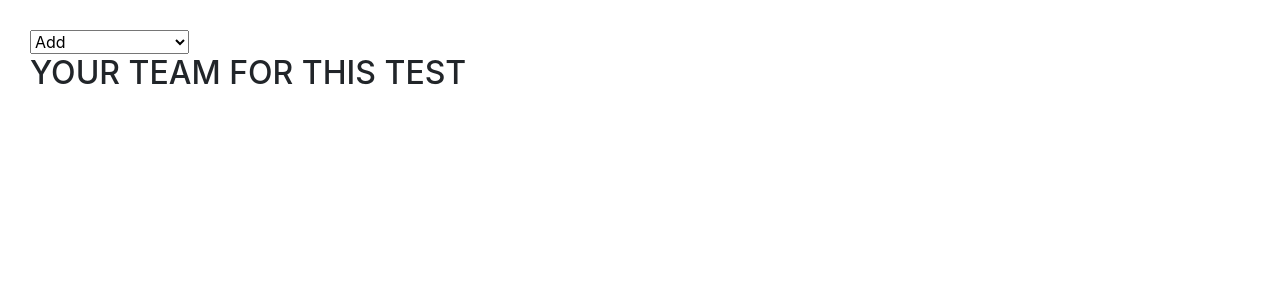
Repository: ftc92/team
Page: /
These files come from the project's save history. The page is drawn as it stood at one moment and after the next save; the edit follows.
The browser window is 1280 px wide. The pictures show the whole page.
Some web fonts or font styles are not loaded; a fallback is used. The project was rebuilt for these pictures with package versions that can differ from the ones it lists, and the page was loaded fresh each time. Also part of the build but not shown: src/components/team.css.

Above is the page before, as saved 2019-01-15 01:51:07.

After the next save:
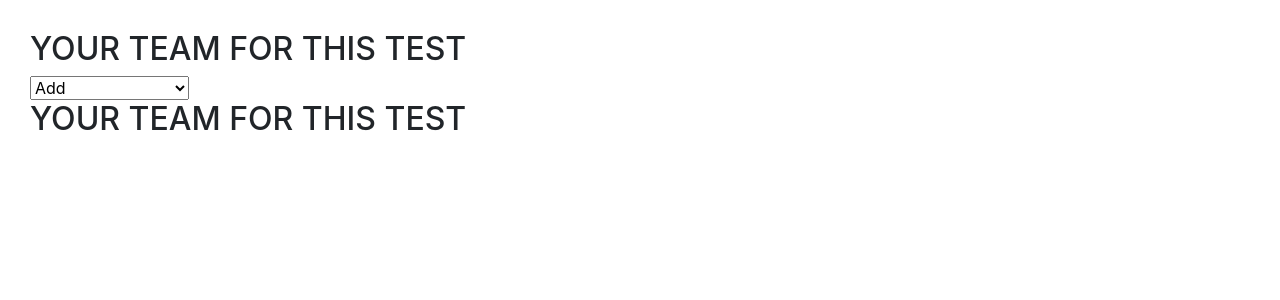
Saved 72 s later.
--- a/src/App.js
+++ b/src/App.js
@@ -24,6 +24,7 @@ class App extends Component {
     console.log(difference);
     return (
       <div className="outer">
+        <h2>YOUR TEAM FOR THIS TEST</h2>
         <Select users={difference} onClick={this.handleClick} />
         <Team members={this.state.members} />
       </div>
